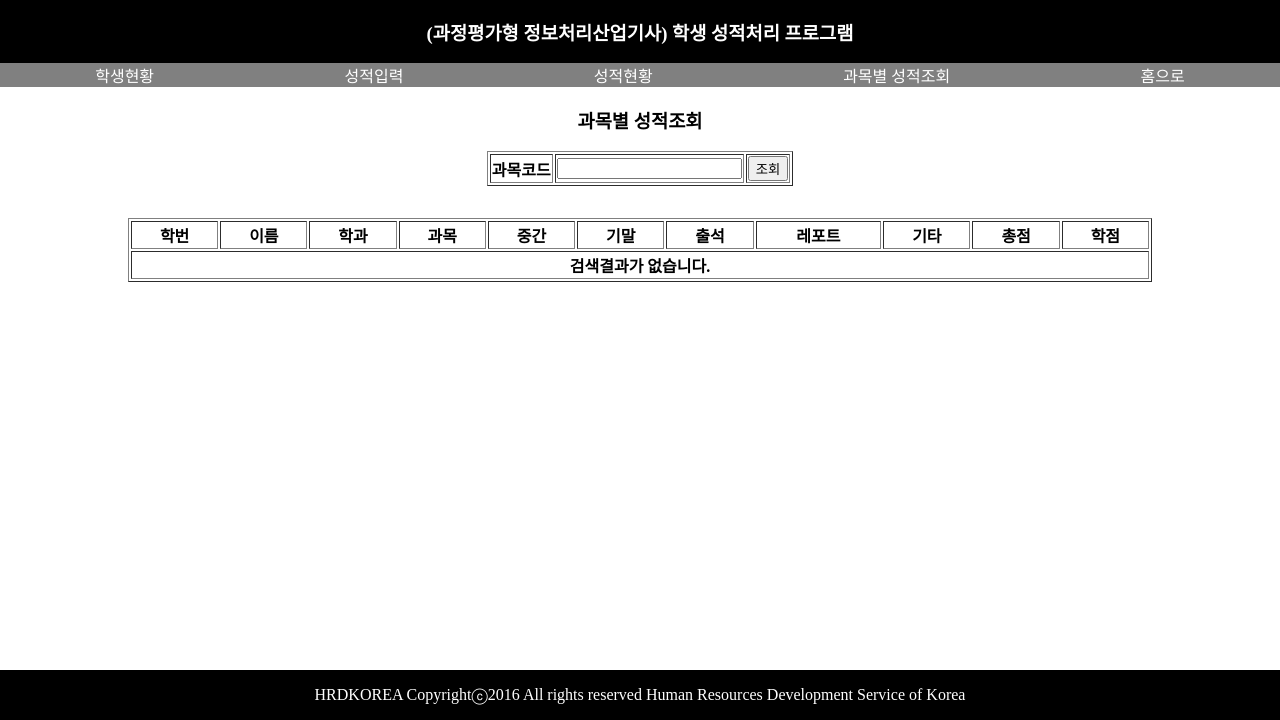
Repository: junjuny0227/jsp
Page: http://localhost/HRD_02/sub4.jsp
These files come from the project's save history. The page is drawn as it stood at one moment and after the next save; the edit follows.
The browser window is 1280 px wide. The pictures show the whole page.
The page is served by Tomcat 9. Queries for data that is not in the repository find no rows.

Above is the page before, as saved 2025-05-09 10:34:15.

After the next save:
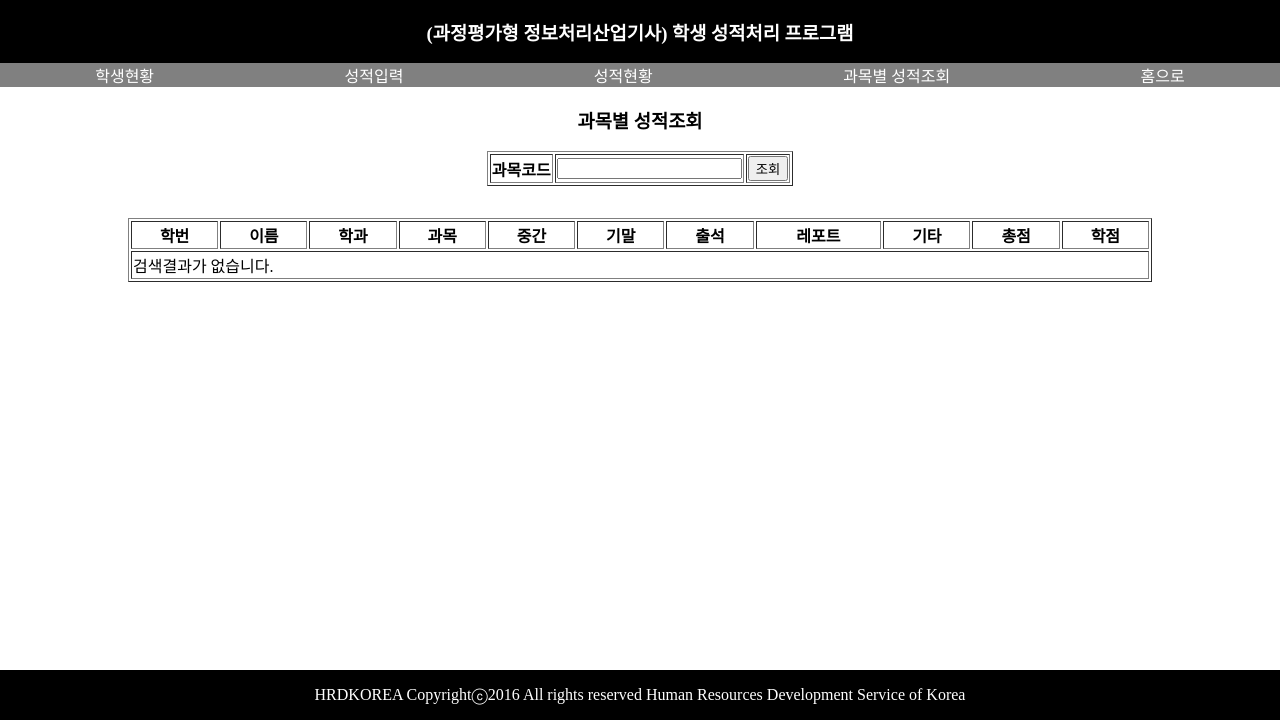
Saved 26 s later.
--- a/HRD_02/src/main/webapp/sub4.jsp
+++ b/HRD_02/src/main/webapp/sub4.jsp
@@ -68,7 +68,7 @@ List<SubjectDTO> list = dao.selectSub4(searchSubcode);
         </tr>
         <% if (list.size() == 0) { %>
         <tr>
-          <th colspan="11">검색결과가 없습니다.</th>
+          <td colspan="11">검색결과가 없습니다.</td>
         </tr>
         <% } else { %> <% for (SubjectDTO dto : list) { %>
         <tr align="center">
